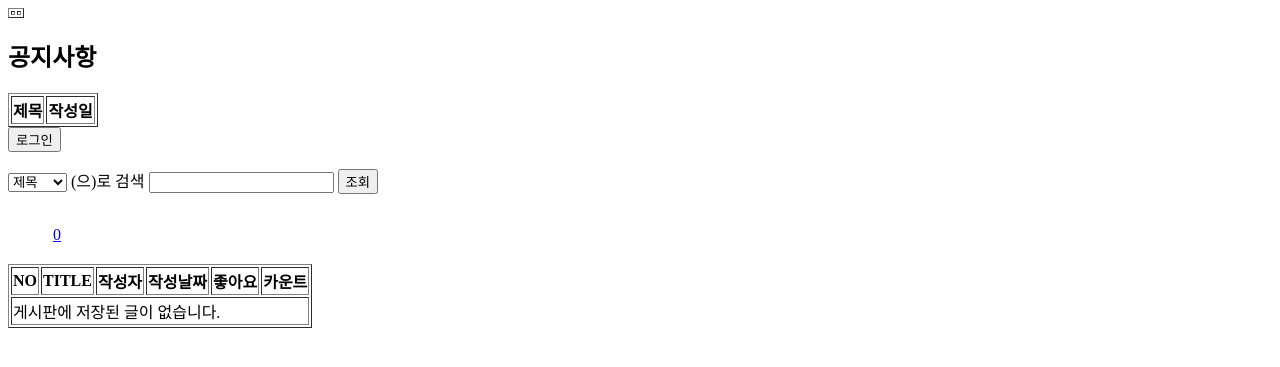
Repository: izuiw/team
Page: http://localhost/qCali/WEB-INF/views/board/list.jsp
The author's editor kept a copy of each file at every save. The page is drawn from the files as they stood at one save, then again after the next save.
The browser window is 1280 px wide. The pictures show the whole page.
The page is served by Tomcat 9. Nobody is signed in. The template is opened directly, without the code that normally fills it, so the values that code supplies are empty.

Above is the page before, as saved 2022-04-27 12:20:49.

After the next save:
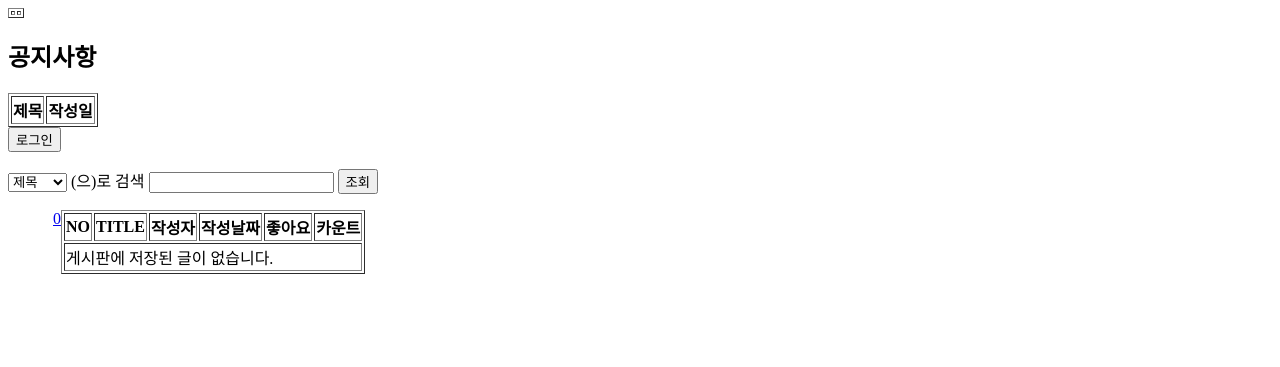
Saved 5 s later.
--- a/qCali/src/main/webapp/WEB-INF/views/board/list.jsp
+++ b/qCali/src/main/webapp/WEB-INF/views/board/list.jsp
@@ -13,7 +13,6 @@
 ul {
 	list-style: none;
 	width: 30%;
-	display: inline-block;
 }
 
 li {
